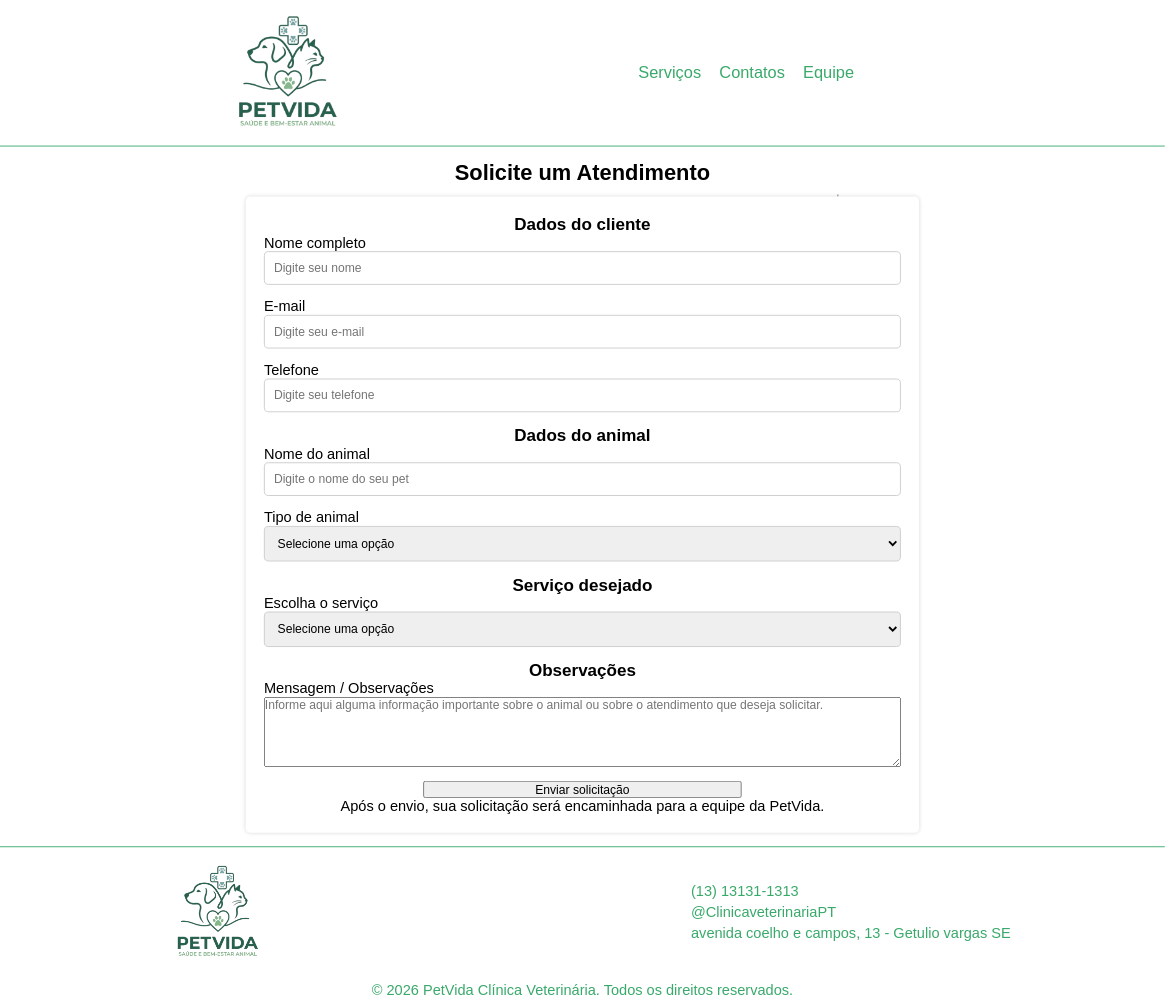
Repository: antonymsantana-design/Veterinario
Page: contatos.html
An editor plug-in stored every save of this project. The page is shown before and after the next save, followed by the edit.
The browser window is 1280 px wide. The pictures show the whole page, at 91% of full size.

Above is the page before, as saved 2026-10-03 19:12:49.

### contatos.html
<!doctype html>
<html lang="pt-br">
  <head>
    <meta charset="UTF-8" />
    <meta name="viewport" content="width=device-width, initial-scale=1.0" />
    <title>Cebola Hair</title>
    <link rel="stylesheet" href="style.css" />
    <script src="script3.js" defer></script>
  </head>
  <header>
    <div class="conteudoH" id="conteudoH">
      <div class="imagem" id="imagem">
        <img src="image/logo.png" alt="logo" class="logoIMG" id="logoIMG" />
      </div>
      <div class="direitaH">
        <div class="links" id="links">
          <a href="serviços.html" class="aLinks" id="servA">Serviços</a>
          <a href="CONTATOS.HTML" class="aLinks" id="contatosA">Contatos</a>
          <a href="Team.html" class="aLinks" id="contatosA">Equipe</a>
        </div>
      </div>
    </div>
  </header>

  <body>
    <h2 class="Our" id="servicosT">Solicite um Atendimento</h2>
    <hr />

    <div class="context">
    <form
      action="https://formsubmit.co/antony.m.santana@aluno.senai.br"
      method="POST"
    >

      <h3>Dados do cliente</h3>

      <div class="campo">
        <label for="nome">Nome completo</label>
        <input
          type="text"
          name="nome"
          id="nome"
          placeholder="Digite seu nome"
          required
        />
      </div>

      <div class="campo">
        <label for="email">E-mail</label>
        <input
          type="email"
          name="email"
          id="email"
          placeholder="Digite seu e-mail"
          required
        />
      </div>

      <div class="campo">
        <label for="telefone">Telefone</label>
        <input
          type="tel"
          name="telefone"
          id="telefone"
          placeholder="Digite seu telefone"
          required
        />
      </div>

      <h3>Dados do animal</h3>

      <div class="campo">
        <label for="animal">Nome do animal</label>
        <input
          type="text"
          name="animal"
          id="animal"
          placeholder="Digite o nome do seu pet"
          required
        />
      </div>

      <div class="campo">
        <label for="tipo">Tipo de animal</label>

        <select name="tipo_animal" id="tipo" required>
          <option value="">Selecione uma opção</option>
          <option value="Cachorro">Cachorro</option>
          <option value="Gato">Gato</option>
          <option value="Outro">Outro</option>
        </select>
      </div>

      <h3>Serviço desejado</h3>

      <div class="campo">
        <label for="servico">Escolha o serviço</label>

        <select name="servico" id="servico" required>
          <option value="">Selecione uma opção</option>
          <option value="Consulta veterinária">Consulta veterinária</option>
          <option value="Vacinação">Vacinação</option>
          <option value="Banho e tosa">Banho e tosa</option>
          <option value="Exames laboratoriais">Exames laboratoriais</option>
          <option value="Atendimento de emergência">
            Atendimento de emergência
          </option>
          <option value="Acompanhamento veterinário">
            Acompanhamento veterinário
          </option>
        </select>
      </div>

      <h3>Observações</h3>

      <div class="campo">
        <label for="mensagem">Mensagem / Observações</label>

        <textarea
          name="mensagem"
          id="mensagem"
          rows="5"
          placeholder="Informe aqui alguma informação importante sobre o animal ou sobre o atendimento que deseja solicitar."
        ></textarea>
      </div>

      <input
        type="hidden"
        name="_next"
        value="http://127.0.0.1:5500/sucsses.html"
      />

      <button type="submit" class="buto">Enviar solicitação</button>

      <p class="texto-form">
        Após o envio, sua solicitação será encaminhada para a equipe da PetVida.
      </p>
    </form>
    </div>
  </body>
  <footer id="footer">
    <div class="cimaF">
      <div class="direita">
        <img src="image/logo.png" alt="logo" class="logoIMGF" id="logoIMG" />
      </div>

      <div class="esquerda">
        <p>(13) 13131-1313</p>
        <p>@ClinicaveterinariaPT</p>
        <p>avenida coelho e campos, 13 - Getulio vargas SE</p>
      </div>
    </div>
    <div class="baixoF">
      <p>© 2026 PetVida Clínica Veterinária. Todos os direitos reservados.</p>
    </div>
  </footer>
</html>

### style.css
* {
  padding: 0px;
  margin: 0px;
  font-family: Arial, Helvetica, sans-serif;
}

header {
  background-color: #ffffff;
  height: 160px;
  display: flex;
  justify-content: center;
  align-items: center;
  border-bottom: 1px solid #39a96b;
}

.conteudoH {
  display: flex;
  justify-content: center;
  align-items: center;
  gap: 300px;
}

.imagem {
  margin-left: 20px;
  margin-top: 5px;
  display: flex;
  justify-content: center;
  align-items: center;
  gap: 30px;
  font-weight: 600;
  font-size: 22px;
}

.logoIMG {
  width: 170px;
  margin-bottom: 10px;
  cursor: pointer;
}

.logoH {
  color: white;
}

.links {
  display: flex;
  gap: 20px;
  justify-content: center;
  padding-right: 130px;
  font-size: 18px;
}

.links a {
  text-decoration: none;
  color: #39a96b;
  transition: 0.5s ease;
}

.aLinks:hover {
  transform: translateY(-5px);
  box-shadow: 0 4px 10px rgba(0, 0, 0, 0.15);
  background-color: #39a96b;
  color: #f5f5f5;
  border-radius: 5px;
  width: 120px;
  height: 30px;
  display: flex;
  justify-content: center;
  align-items: center;
}

.btnDiv {
  display: flex;
}

.btn {
  display: flex;
  justify-content: center;
  width: 140px;
  height: 50px;
  background-color: #22c55e;
  border: none;
  color: white;
  align-items: center;
  border-radius: 8px;
  transition: 0.3s ease;
  cursor: pointer;
  font-size: 14px;
}

.btn:hover {
  transform: translateY(-5px);
  box-shadow: 0 8px 15px rgba(0, 0, 0, 0.4);
}

.direitaH {
  display: flex;
  justify-content: center;
  align-items: center;
}

.conteudo {
  background-image: url(image/Cuidando\ de\ Quem\ Amamos.png);
  background-repeat: no-repeat;
  background-size: cover;
  background-position: center;
  height: 80vh;
  color: white;
}

.card {
  background-color: #fdeec7;
  width: 270px;
  height: 220px;
  display: flex;
  flex-direction: column;
  justify-content: center;
  align-items: center;
  border-radius: 5px;
}

.cards {
  display: flex;
  justify-content: center;
  gap: 40px;
  padding-top: 20px;
  padding-bottom: 20px;
}

.card h4 {
  color: #22c55e;
}

.icone {
  width: 120px;
  height: 120px;
  padding-bottom: 10px;
}

.Our {
  padding-top: 15px;
  text-align: center;
  padding-bottom: 10px;
}

hr {
  color: #22c55e;
  text-align: center;
  margin-left: 920px;
  margin-right: 920px;
}

.agendar {
  display: flex;
  justify-content: space-around;
  align-items: center;
  padding-bottom: 20px;
}

.form {
  background-color: #ecf2f7;
  width: 600px;
  height: 300px;
  border-radius: 7px;
  display: flex;
  justify-content: center;
  flex-direction: column;
}

.formCima {
  padding-top: 20px;
  display: flex;
  justify-content: center;
  align-items: center;
  flex-direction: column;
}

.quadrado {
  display: grid;
  justify-content: center;
  grid-template-columns: repeat(2, 200px);
  gap: 30px;
  column-gap: 70px;
  margin-right: 40px;
}

.esq {
  font-size: 25px;
}

footer {
  display: flex;
  justify-content: center;
  align-items: center;
  flex-direction: column;
  background-color: #ffffff;
  color: #39a96b;
  border-top: 1px solid #39a96b;
}

.AbH2 {
  padding-left: 20px;
  padding-right: 20px;
  padding-bottom: 10px;
  padding-top: 10px;
  text-align: center;
}

.AbH3 {
  padding-left: 20px;
  padding-right: 20px;
  padding-bottom: 10px;
  padding-top: 10px;
  text-align: center;
  margin-left: 425px;
  margin-right: 425px;
}

.topc {
  display: flex;
  justify-content: center;
  align-items: center;
  flex-direction: column;
  text-align: center;
  max-width: 350px;
}

.topics {
  display: flex;
  justify-content: center;
  gap: 100px;
  padding-bottom: 25px;
}

.topcIMG {
  width: 290px;
  height: 260px;
  border-radius: 25px;
  cursor: pointer;
  padding-bottom: 10px;
  padding-top: 10px;
}

.topcH {
  padding-bottom: 10px;
}

.cimaF {
  display: flex;
  justify-content: center;
  gap: 450px;
  align-items: center;
  margin-bottom: 4px;
}

.logoIMGF {
  width: 140px;
  cursor: pointer;
}

.esquerda {
  display: flex;
  flex-direction: column;
  gap: 5px;
}

.formu {
  width: 240px;
  height: 30px;
  border-radius: 5px;
  border: none;
}

.forms {
  width: 500px;
  height: 30px;
  border-radius: 5px;
  border: none;
}

.agendarbtn {
  display: flex;
  justify-content: center;
  align-items: center;
  width: 512px;
  height: 40px;
  background-color: #22c55e;
  border: none;
  color: white;
  border-radius: 8px;
  transition: 0.3s ease;
  cursor: pointer;
  margin-top: 15px;
}

.agendarbtn:hover {
  transform: translateY(-5px);
}

.btnAgendar {
  display: flex;
  justify-content: center;
  align-items: center;
}

/*pagina de serviços*/

.primeiro {
  background-color: #f0f9f4;
  width: 300px;
  padding-bottom: 13px;
  margin-left: 20px;
  text-align: center;
  padding-top: 13px;
  flex-wrap: wrap;
  border-radius: 15px;
}

.cards {
  display: grid;
  justify-content: center;
  grid-template-columns: repeat(3, 400px);
  gap: 50px;
  padding-bottom: 15px;
}
.cards .primeiro img {
  width: 250px;
  height: 250px;
  border-radius: 15px;
}
h1 {
  text-align: center;
  margin-top: 20px;
  margin-bottom: 20px;
}
.texto {
  color: #3c2415;
}
.preco {
  color: #e4c8a4;
}

form {
  display: flex;
  flex-direction: column;
  align-items: center;
  justify-content: center;
  box-shadow: 0px 0px 5px rgba(0, 0, 0, 0.16);
  padding: 20px;
  width: 700px;
  margin: 0 auto;
  border-radius: 5px;
  margin-bottom: 15px;
}

.campo{
    display: flex;
    flex-direction: column;
    margin-bottom: 15px;
    width: 100%;
}

input, select{
    padding: 10px;
    border-radius: 5px;
    border: 1px solid #ccc;
}

.buto{

    width: 50%;
}


/* celular */

@media (max-width: 768px) {
  /* header */
  header {
    height: auto;
    padding: 10px 0;
  }

  .conteudoH {
    flex-direction: column;
    padding-right: 0;
    gap: 15px;
  }

  .imagem {
    margin-left: 0;
    margin-top: 0;
    gap: 10px;
  }

  .logoIMG {
    width: 80px;
    height: 80px;
  }

  .logoH {
    font-size: 20px;
  }

  .direitaH {
    flex-direction: column;
    gap: 15px;
  }

  .links {
    padding-right: 0;
    font-size: 16px;
  }

  .conteudo {
    height: 400px;
  }

  .texto {
    padding-left: 25px;
    padding-right: 25px;
    height: 400px;
    font-size: 25px;
  }

  .texto small {
    font-size: 14px;
  }

  .Our {
    font-size: 25px;
  }

  hr {
    margin-left: 30%;
    margin-right: 30%;
  }

  .cards {
    flex-direction: column;
    align-items: center;
    gap: 20px;
  }

  .card {
    width: 80%;
    max-width: 270px;
  }

  .agendar {
    flex-direction: column;
    gap: 30px;
    padding: 30px 20px;
  }

  .esq {
    font-size: 18px;
    text-align: center;
  }

  .esq h1 {
    font-size: 28px;
  }

  .esq p {
    font-size: 15px;
  }

  .form {
    width: 100%;
    max-width: 600px;
    height: auto;
    padding: 20px 0;
  }

  .forms {
    width: 80%;
  }

  .quadrado {
    grid-template-columns: 1fr;
    gap: 15px;
    margin-right: 0;
  }

  .formu {
    width: 80%;
  }

  .quadrado > div {
    width: 100%;
    text-align: center;
  }

  .quadrado label {
    display: block;
    margin-bottom: 5px;
  }

  .agendarbtn {
    width: 80%;
  }

  footer {
    flex-direction: column;
    gap: 20px;
    padding: 20px;
    text-align: center;
  }

  .esquerda {
    align-items: center;
  }
}

Loaded but not shown: script3.js (no stored copy; drawn as an empty file)

After the next save:
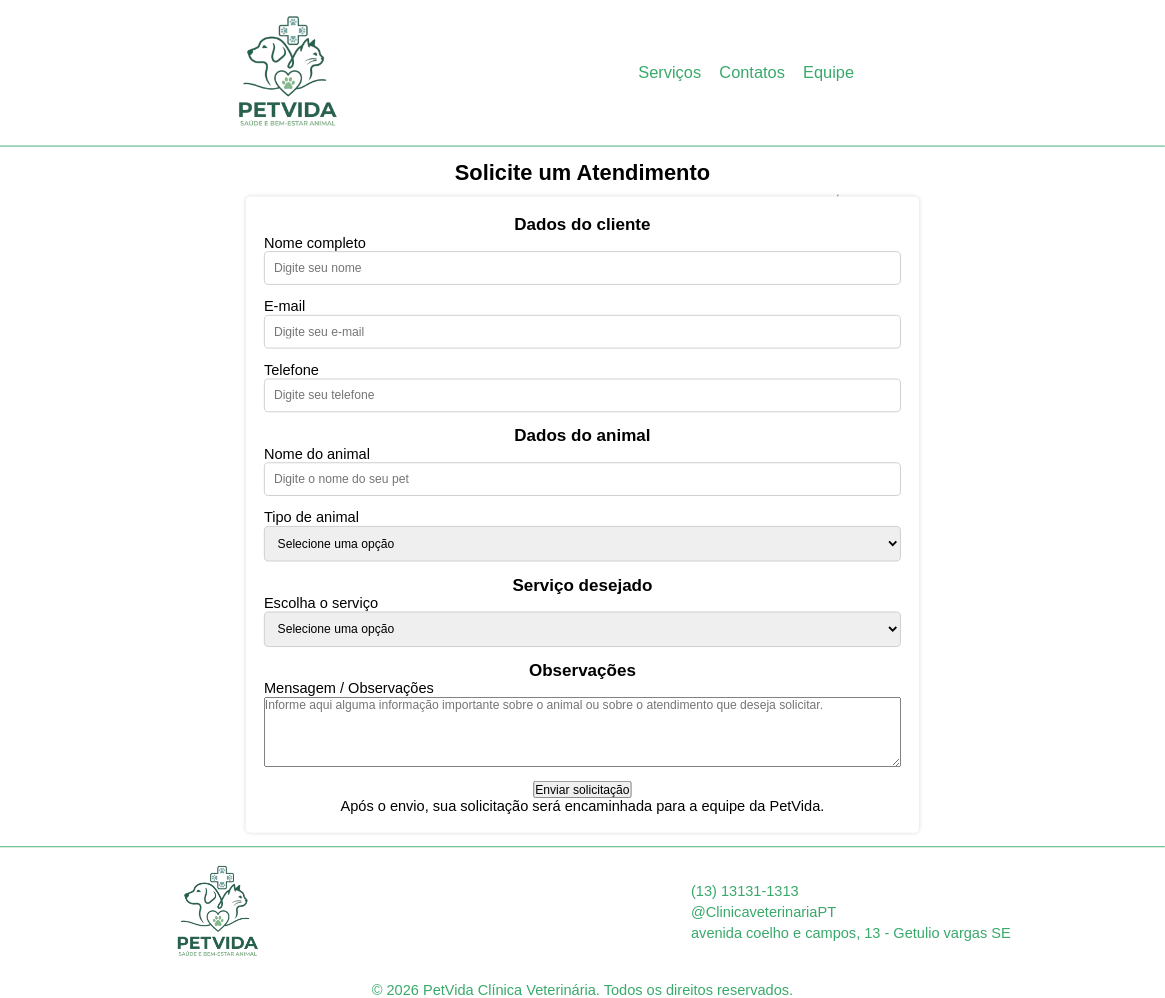
Saved 8 s later.
--- a/style.css
+++ b/style.css
@@ -366,7 +366,7 @@
 }
 
 .buto{
-
+    pad
     width: 50%;
 }
 

After the 2 saves that followed:
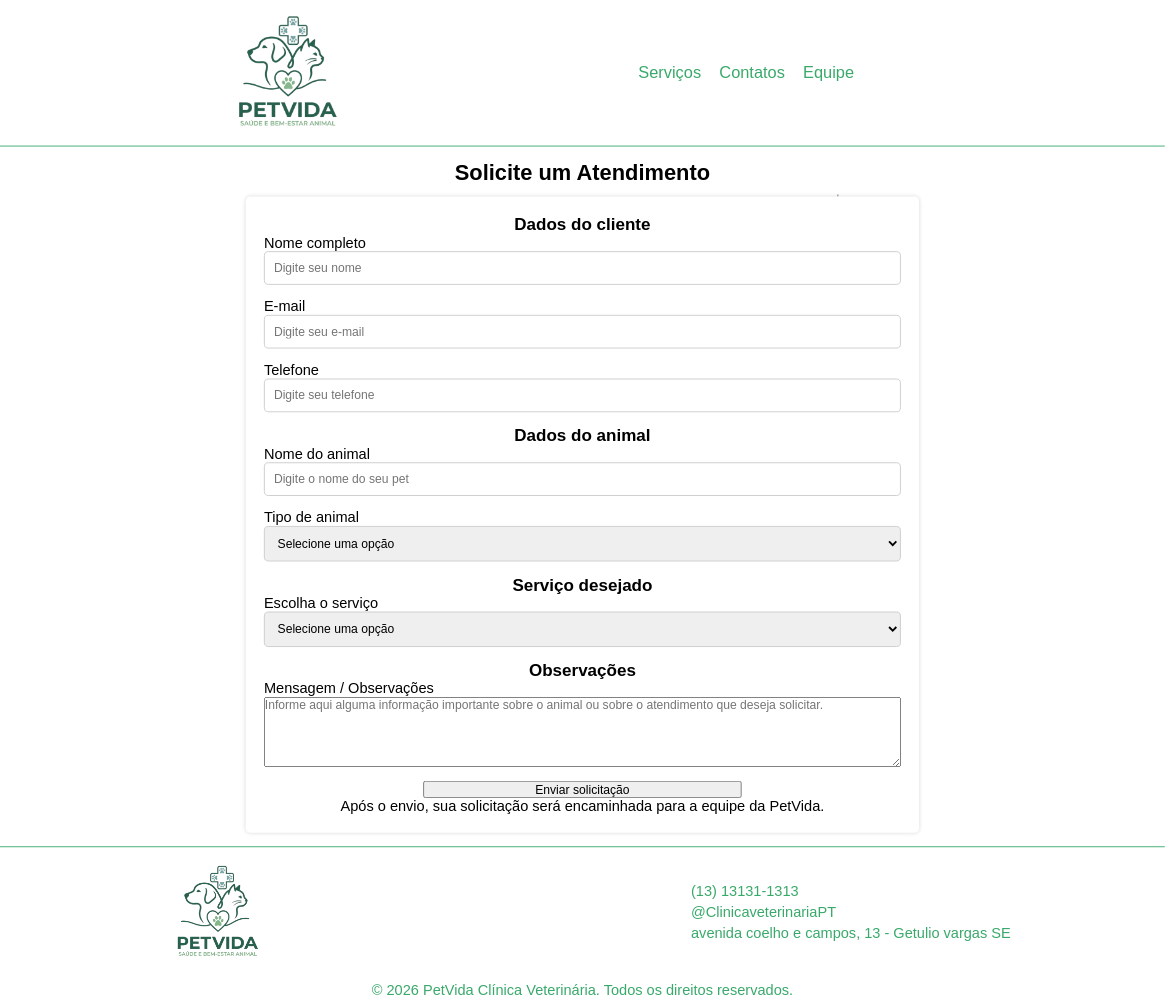
The 2 saves are shown as one change because they came seconds apart.
The last was saved 7 s later.
--- a/style.css
+++ b/style.css
@@ -366,7 +366,7 @@
 }
 
 .buto{
-    pad
+    padding 50px;
     width: 50%;
 }
 
